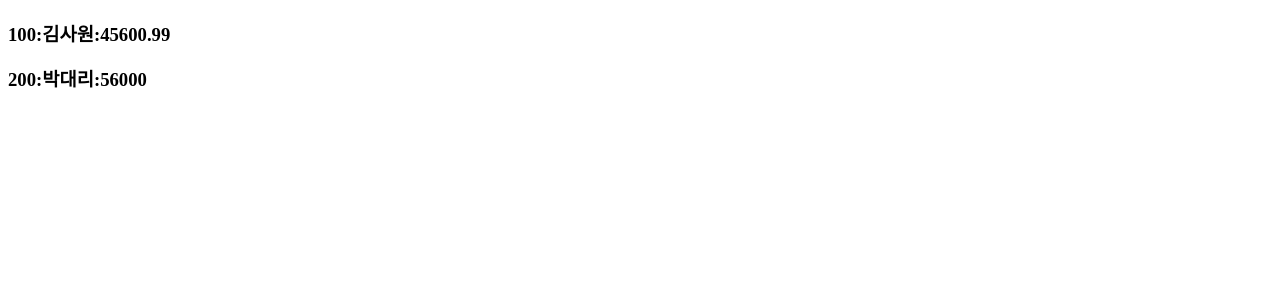
Repository: Pang-Ho/TIL
Page: JavaScript/workspace_web/jstest/WebContent/objecttest.html
An editor plug-in stored every save of this project. The page is shown before and after the next save, followed by the edit.
The browser window is 1280 px wide. The pictures show the whole page.

Above is the page before, as saved 2021-08-24 02:22:12.
Console error: TypeError: document.wrtie is not a function

### JavaScript/workspace_web/jstest/WebContent/objecttest.html
<!DOCTYPE html>
<html>
<head>
<meta charset="UTF-8">
<title>Insert title here</title>
</head>
<body>
<script>
	//객체 : 100, 김사원, 45600.99 출력가능함수
	//var id = 500; // 전역변수는 window.id임
	var emp1 = {
			id:100,
			name:'김사원',
			salary:45600.99,
			print:function(){
				document.write("<h3>"+this.id+":"+this.name+":"+this.salary+"</h3>");//id랑 name은 전역변수가 아니기에 객체 내부 변수라고 말 해야됨
			}
	}
	emp1.print(); //객체 내부의 함수 호출 window객체는 예외임 걔넨 함수명만 나와도 됨

	//객체 : 200, 박대리, 56000.00, 출력가능함수, 보너스가능함수
	var emp2 = {
			id:200,
			name:'박대리',
			salary:56000.00,
			print:function(){
				document.write("<h3>"+this.id+":"+this.name+":"+this.salary+"</h3>");//id랑 name은 전역변수가 아니기에 객체 내부 변수라고 말 해야됨
			},
			getBonus:function(){
				return this.salary*0.5;
			}
	}

	emp2.print();
	document.wrtie(emp2.name + "의 보너스= " + emp2.getBonus() + "<br>");
</script>
</body>
</html>

After the next save:
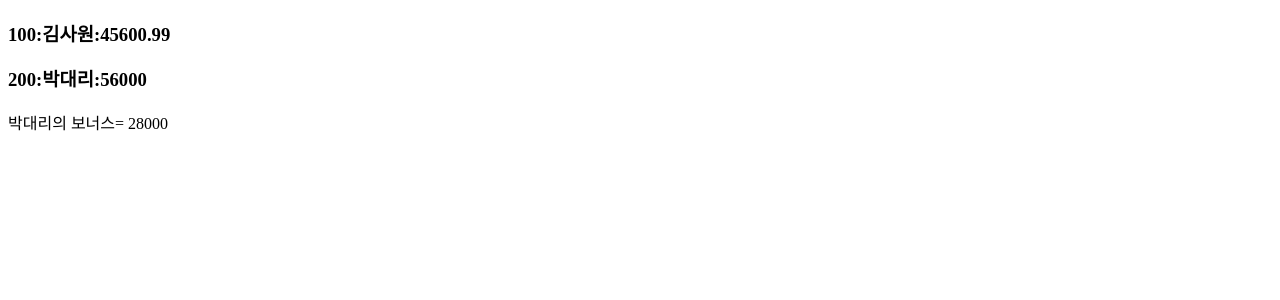
The error is gone.
Saved 43 s later.
--- a/JavaScript/workspace_web/jstest/WebContent/objecttest.html
+++ b/JavaScript/workspace_web/jstest/WebContent/objecttest.html
@@ -32,7 +32,7 @@
 	}
 
 	emp2.print();
-	document.wrtie(emp2.name + "의 보너스= " + emp2.getBonus() + "<br>");
+	document.write(emp2.name + "의 보너스= " + emp2.getBonus() + "<br>");
 </script>
 </body>
 </html>
